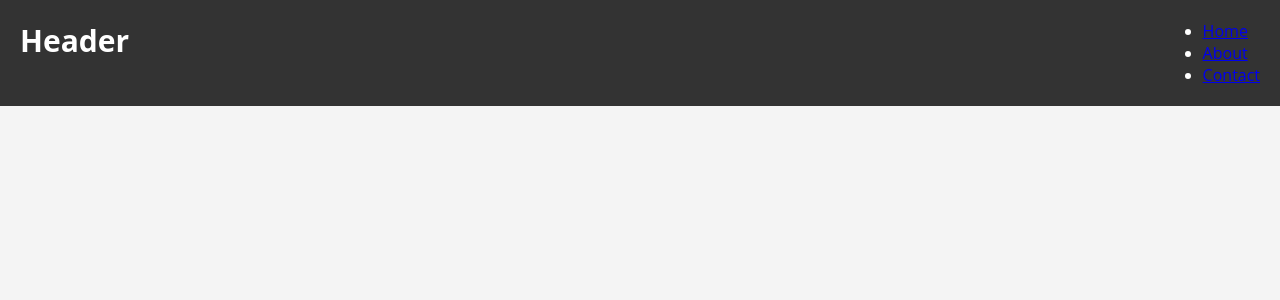
Repository: kennyowusu/landing-page
Page: index.html
These files come from the project's save history. The page is drawn as it stood at one moment and after a run of saves; the edit follows.
The browser window is 1280 px wide. The pictures show the whole page.

Above is the page before, as saved 2023-02-24 09:44:13.

After the next 2 saves:
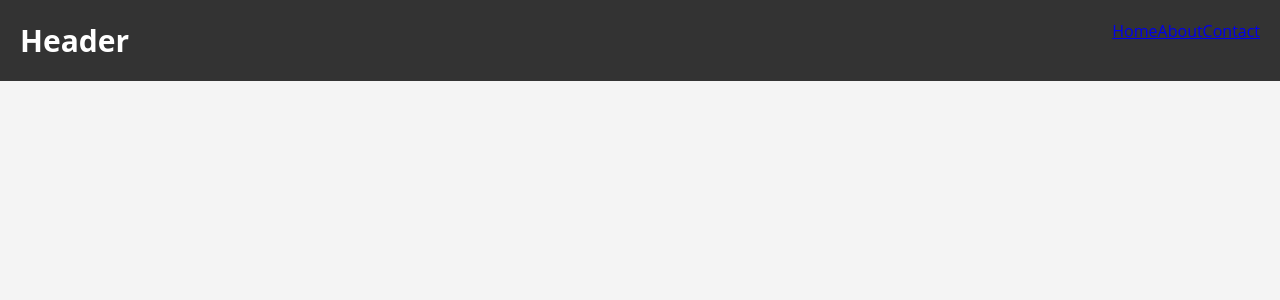
The 2 saves are shown as one change because they came seconds apart.
The last was saved 8 s later.
--- a/style.css
+++ b/style.css
@@ -24,3 +24,8 @@
 .navigation {
  margin-left: auto;
 }
+
+.navigation ul {
+ list-style: none;
+ display: flex;
+}
